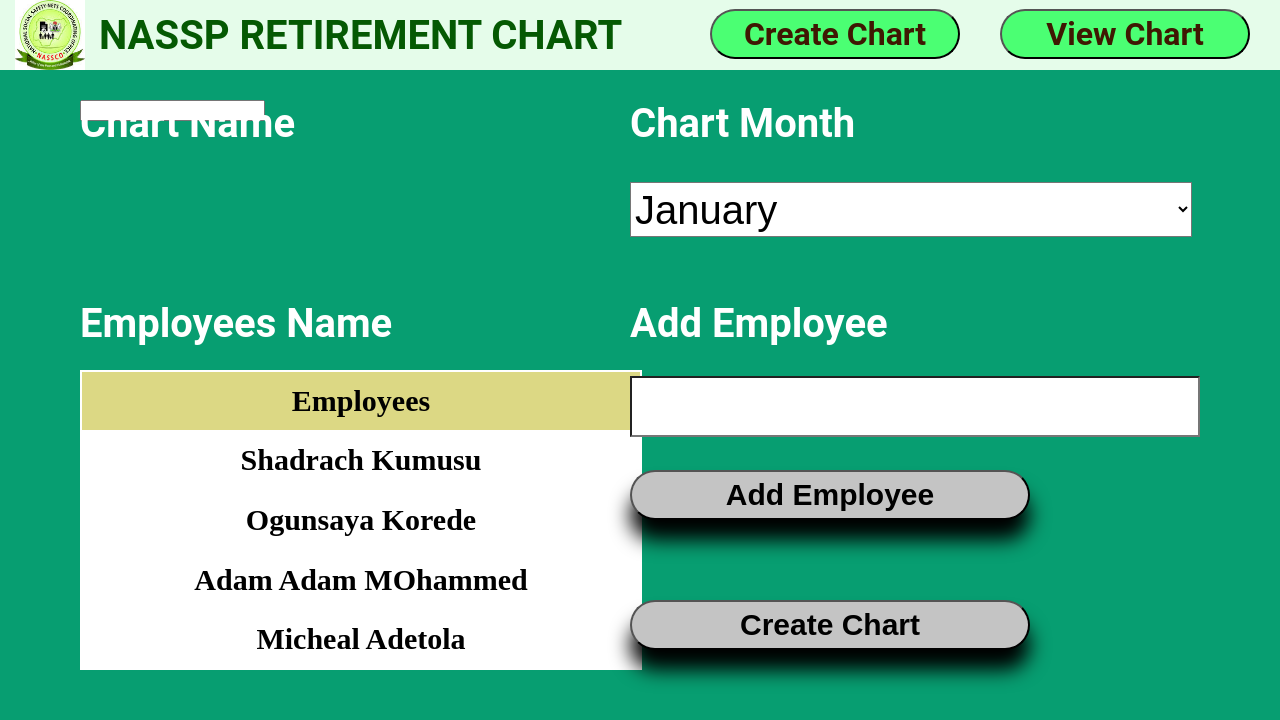
Repository: sheddy1/nasspchart
Page: http://localhost/
These files come from the project's save history. The page is drawn as it stood at one moment and after the next save; the edit follows.
The browser window is 1280 px wide. The pictures show the whole page.
The page is run by PHP 8.4 with error messages shown; the project is at /var/www/html/. The database holds what the project's SQL file puts in it.

Above is the page before, as saved 2022-04-05 18:06:27.
Console error: ReferenceError: $ is not defined

### index.php
<!DOCTYPE html>
<html lang="en">
<head>
    <meta charset="UTF-8">
    <meta http-equiv="X-UA-Compatible" content="IE=edge">
    <meta name="viewport" content="width=device-width, initial-scale=1.0">
    <title>NASSP CHART</title>
    <script src=""https://ajax.googleapis.com/ajax/libs/jquery/3.2.0/jquery.min.js></script>
    <link rel="stylesheet" href="index.css">

    <script>
       $(document).ready(function(){
           $('#add-employee-button').click(function(){
                var employee = $('#chart-name-text').val();
                if($.trim(employee) != '')
                {
                    alert(employee);
                }
           });
       });

    //    $(".add-employee-button").click(fucnction(){
    //        commentCount = commentCount + 2;
    //        $(".employee-div1").load("index.php",{
    //             commentNewCount: commentCount
    //        });
    //    });
    </script>
</head>

<body>
    <div id="header">
        <img src="images/images.jpg" class="logo-image">

        <label class="logo-text">NASSP RETIREMENT CHART</label>

        <form action="" method="POST">
            <button class="view-chart" name="view-chart">
                View Chart
            </button>

            <button class="create-chart" name="create-chart">
                Create Chart
            </button>
        </form>
    </div>

    <input type="text">

    <?php
        $page = 1;
        if(isset($_POST['view-chart']))
        {
            // echo"<script>alert('you can view chart')</script>";
            $page = 2;

        }

        if(isset($_POST['create-chart']))
        {
            //  echo"<script>alert('you can create chart')</script>";

            $page = 1;
        }

        if($page==0)
        {

        }
        else if($page == 1)
        {
            $user = "root";
            $pass = "";
            $db ="nassp";
            $db = new mysqli('localhost',$user,$pass,$db)
            or die("could not connect");

            $con1="SELECT * FROM employee ";

            $con1a = mysqli_query($db,$con1);

            $con1b  = mysqli_num_rows($con1a);

          $no1= $con1b;

            echo "
                <form method='POST' action=''>
                    <div id='chart-name'>
                        <label class='chartname1'>
                        Chart Name
                        </label>

                        <input type='text' id='chart-name-text' name='chart-name-text'>
                    </div>

                    <div id='chart-month'>
                        <label class='chartname1'>
                        Chart Month
                        </label>

                        <select name='chart-month-select'
                         class='chart-name-text'>
                            <option value='1'>January</option>
                            <option value='2'>Febuary</option>
                            <option value='3'>March</option>
                            <option value='4'>April</option>
                            <option value='5'>May</option>
                            <option value='6'>June</option>
                            <option value='7'>July</option>
                            <option value='8'>August</option>
                            <option value='9'>September</option>
                            <option value='10'>October</option>
                            <option value='11'>November</option>
                            <option value='12'>December</option>
                        </select>
                    </div>

                    <div id='employees'>
             <label class='chartname1'>
             Employees Name
             </label>

             <div class='employee-div1'>

             <table class='employees-table'>

             <tr class='employees-table-row'>
                 <th>Employees</th>
                 </tr>

             ";
             for($x = 0; $x<$no1; $x++)
             {
                 $row = mysqli_fetch_array($con1a);

                 echo"<tr class='employees-table-row1'><th>".$row['employee']."</th></tr  >";
             }
             echo"

             </table>
             </div>

         </div>

            <input type ='submit' value='Create Chart' name='btn-chart' class='btn-chart'>

            </form>";





            echo"
            <form method='POST' action=''>
            <div id='add-employee'>
                    <label class='chartname1'>
                    Add Employee
                    </label>

                    <input type='text'
                     class='chart-name-text' name='employee-name-text'>

                     <button type='submit' id ='add-employee-button'
                     name='add-employee-button'>
                        Add Employee
                     </button>


                </div>
                </form>
            ";



        }

        else if($page == 2)
        {

        }

        if(isset($_POST['add-employee-button']))
        {
            $employee = $_POST['employee-name-text'];

            // echo"<script>alert('the stuff is');</script>";

            $user = "root";
            $pass = "";
            $db ="nassp";
            $db = new mysqli('localhost',$user,$pass,$db)
            or die("could not connect");

            $open = "open";

            $insert_employee = "INSERT INTO employee (employee) VALUES ('$employee')";

            mysqli_query($db,$insert_employee);

            mysqli_close();

        }

        if(isset($_POST['btn-chart']))
        {

            echo"<script>alert('posted');</script>";

            $name = $_POST['chart-name-text'];

            $month = $_POST['chart-month-select'];

            $user = "root";
            $pass = "";
            $db ="nassp";
            $db = new mysqli('localhost',$user,$pass,$db)
            or die("could not connect");

            $con1="SELECT * FROM employee";

            $con1a = mysqli_query($db,$con1);

            $con1b  = mysqli_num_rows($con1a);

            $no1= $con1b;

            $open = "open";

            $closed = "closed";

            $row = mysqli_fetch_array($con1a);

            $employee = $row['employee'];

            $idnum = rand(10000,99999);


            for($x = 0; $x<$no1; $x++)
                 {
                    $row = mysqli_fetch_array($con1a);

                    $employee = $row['employee'];

                    // echo"<tr class='employees-table-row1'><th>".$row['employee']."</th></tr  >";

                    $insert_chart = "INSERT INTO employees (employee,table1,month1,id,`1`,`2`,`3`,`4`,`5`,`6`,`7`,`8`,`9`,`10`,`11`,`12`,`13`,`14`,`15`,`16`,`17`,`18`,`19`,`20`,`21`,`22`,`23`,`24`,`25`,`26`,`27`,`28`,`29`,`30`,`31`) VALUES
                    ('$employee','$name','$month','$idnum','$open','$open','$open','$open','$open','$open','$open','$open','$open','$open','$open','$open','$open','$open','$open','$open','$open','$open','$open','$open','$open','$open','$open','$open','$open','$open','$open','$open','$open','$open','$open')";

                    mysqli_query($db,$insert_chart);
                }

                header("Refresh:2");
        }

        // if(isset($_POST['chart-name-text']))
        // {
        //     echo"<script>alert('the stuff is');</script>";
        // }
    ?>
</body>
</html>

### index.css
body{
    background-color: #079E71;
}

#header{
 height: 70px;
width: 100%;
position: absolute;
left: 0px;
top: 0px;
border-radius: 0px;
background: #E5FCEA;
}

.logo-image{
    position: absolute;
width: 70px;
height: 70px;
left: 15px;
top: 0px;
}

.logo-text{
    position: absolute;
width: 700px;
height: 47px;
left: 99px;
top: 12px;

font-family: 'Roboto';
font-style: normal;
font-weight: 700;
font-size: 40px;
line-height: 47px;
/* identical to box height */


color: #055903;
}

.view-chart{
    position: absolute;
width: 250px;
height: 50px;
right: 30px;
top: 9px;

background: #4BFF73;
border-radius: 50px;

font-family: 'Roboto';
font-style: normal;
font-weight: 700;
font-size: 32px;
line-height: 38px;
/* identical to box height */


color: #3F1802;
}

.create-chart{
    position: absolute;
width: 250px;
height: 50px;
right: 320px;
top: 9px;

background: #4BFF73;
border-radius: 50px;

font-family: 'Roboto';
font-style: normal;
font-weight: 700;
font-size: 32px;
line-height: 38px;
/* identical to box height */


color: #3F1802;
}

#chart-name{
    position: absolute;
width: 570px;
height: 137px;
left: 80px;
top: 100px;
/* background-color: red; */
}

.chartname1{
    position: absolute;
left: 0px;
top: 0px;

font-family: 'Roboto';
font-style: normal;
font-weight: 700;
font-size: 40px;
line-height: 47px;
/* identical to box height */


color: #FFFFFF;
}

.chart-name-text{
    position: absolute;
width: 562px;
height: 55px;
left: 0px;
bottom: 0px;
font-size:40px;
background: #ffffff;
}

#chart-month{
    position: absolute;
width: 570px;
height: 137px;
right: 80px;
top: 100px;
/* background-color: red; */
}

#employees{
    position: absolute;
width: 570px;
height: 137px;
left: 80px;
top: 300px;
/* background-color: red; */
}

.employee-div1{
    position: absolute;
width: 562px;
height: 300px;
left: 0px;
top: 70px;
overflow: auto;
font-size: 30px;
background: #ffffff;
text-align: center;
}

.employees-table{
    text-align: center;
    width: 100%;
    height: 100%;
}

.employees-table-row{
    text-align: center;
width: 100%;
height: 50px;
background: #DCD884;
}

.employees-table-row1{
    text-align: center;
width: 100%;
height: 50px;

}

#add-employee{
    position: absolute;
width: 570px;
height: 137px;
right: 80px;
top: 300px;
/* background-color: red; */
}

#add-employee-button{
    position: absolute;
width: 400px;
height: 50px;
left: 0px;
top: 170px;
font-weight: bold;
font-size: 30px;
background: #C4C4C4;
border-radius: 50px;
box-shadow: 0px 20px 20px 0px;
}


.btn-chart{
    position: absolute;
    width: 400px;
    height: 50px;
    right: 250px;
    top: 600px;
    font-weight: bold;
    font-size: 30px;
    background: #C4C4C4;
    border-radius: 50px;
    box-shadow: 0px 20px 20px 0px;
}

### nassp.sql (the tables this page reads)
CREATE TABLE `employee` (
  `employee` varchar(50) NOT NULL
) ENGINE=InnoDB DEFAULT CHARSET=latin1;

INSERT INTO `employee` (`employee`) VALUES
('Shadrach Kumusu'),
('Ogunsaya Korede'),
('Adam Adam MOhammed'),
('Micheal Adetola');

After the next save:
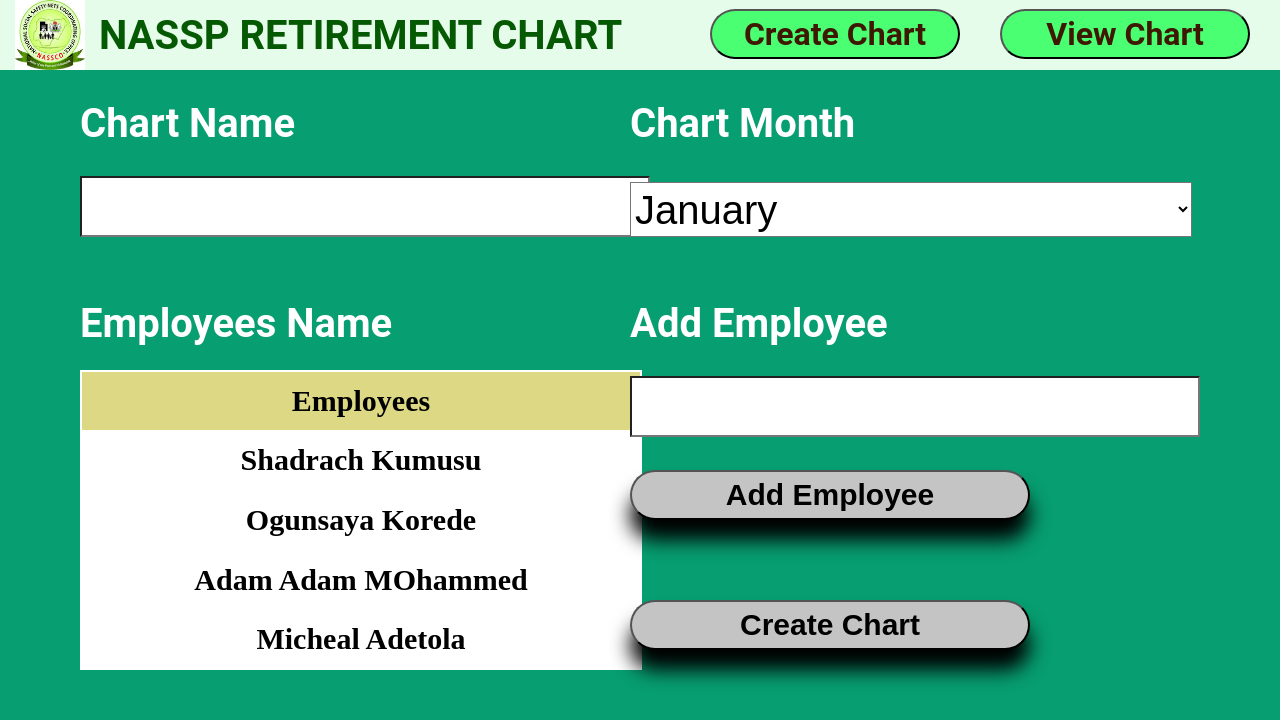
Saved 11 s later.
--- a/index.php
+++ b/index.php
@@ -11,7 +11,7 @@
     <script>
        $(document).ready(function(){
            $('#add-employee-button').click(function(){
-                var employee = $('#chart-name-text').val();
+                var employee = $('#employees').val();
                 if($.trim(employee) != '')
                 {
                     alert(employee);
@@ -90,7 +90,7 @@
                         Chart Name
                         </label>
 
-                        <input type='text' id='chart-name-text' name='chart-name-text'>
+                        <input type='text' class='chart-name-text' name='chart-name-text'>
                     </div>
 
                     <div id='chart-month'>
